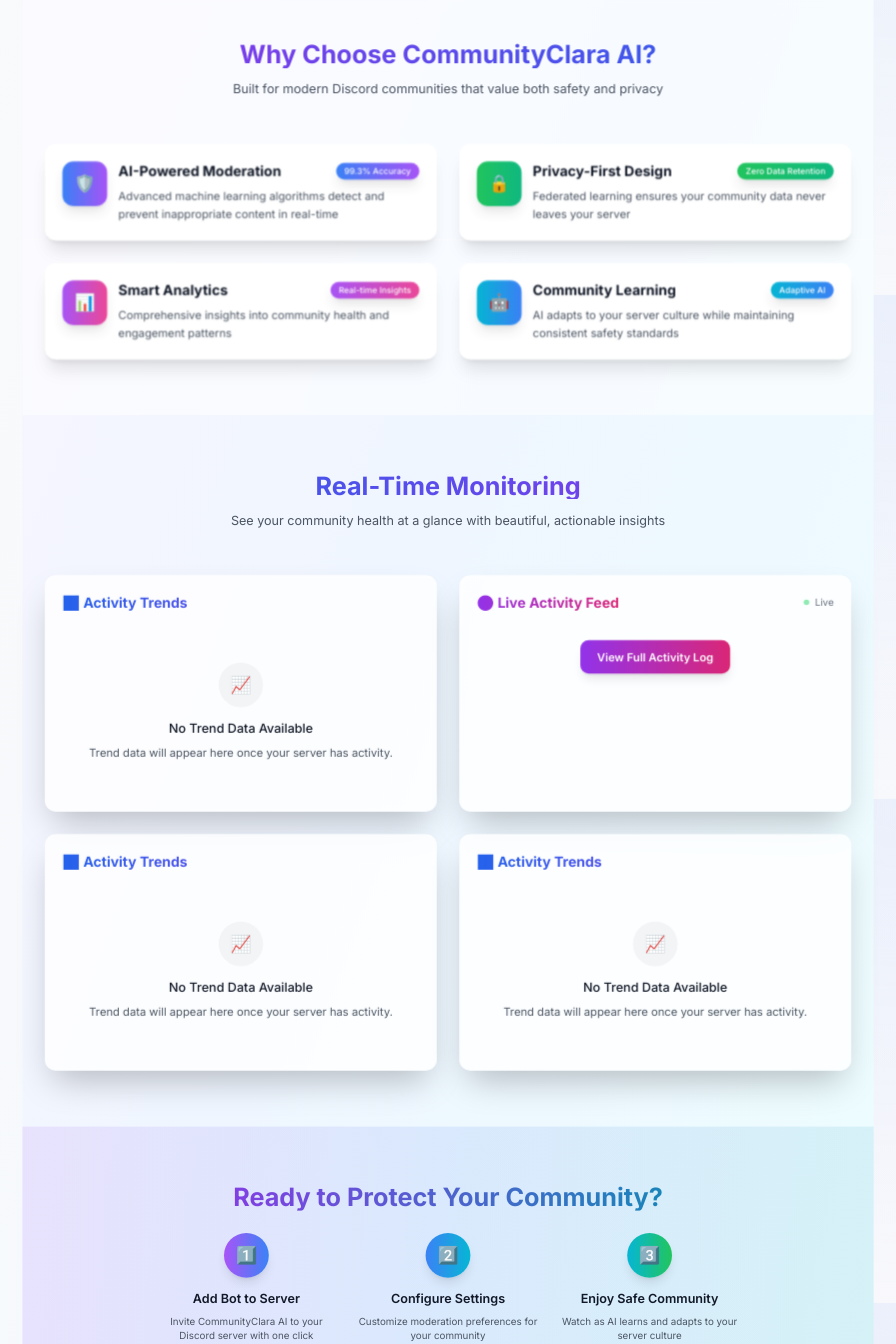
Repository: Tab-To-LightSpeed24/CommunityClara
Page: / (app in frontend/), after clicking the first element matching `button.relative`
An editor plug-in stored every save of this project. The page is shown before and after the next save, followed by the edit.
The browser window is 1280 px wide. The pictures show the part of the page from y = 1019 to 2939 px (the page is 3482 px tall), at 70% of full size.
The page's requests for data from a server got no answer. Backgrounds fixed to the window are drawn as part of the page. The project was rebuilt for these pictures with package versions that can differ from the ones it lists, and the page was loaded fresh each time. No one was signed in, and anything a server would have sent is missing. Also part of the build but not shown: frontend/vite.config.js, frontend/src/components/Dashboard/StatsOverview.jsx, frontend/src/components/Dashboard/HealthScore.jsx, frontend/src/components/Dashboard/ViolationsList.jsx, frontend/src/components/Dashboard/AnalyticsChart.jsx, frontend/src/components/Dashboard/ServerSelector.jsx, frontend/src/components/Layout/LoadingSpinner.jsx, frontend/src/components/Layout/ErrorMessage.jsx and 5 more.

Above is the page before, as saved 2025-08-12 17:19:54.

After the next save:
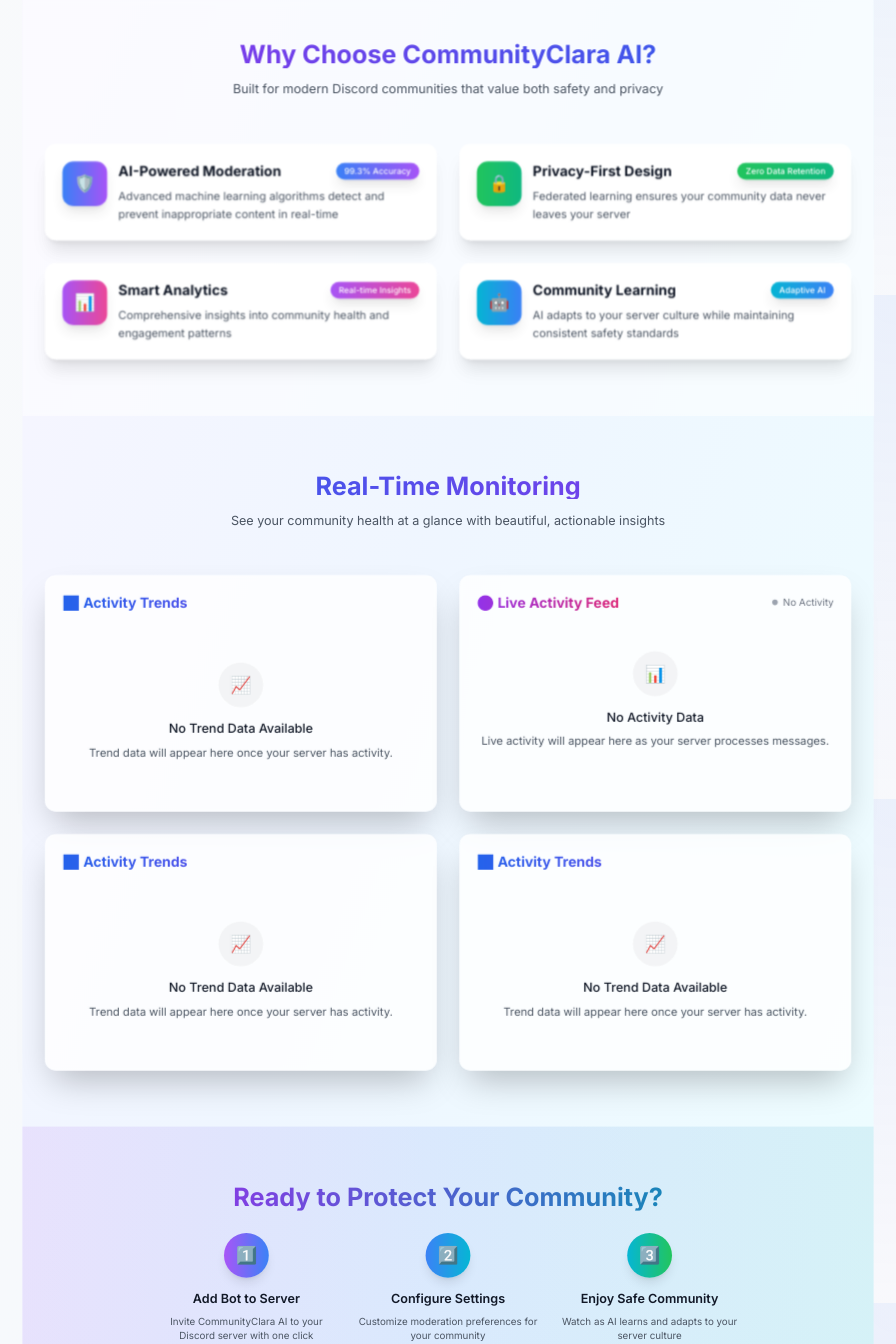
Saved 27 s later.
--- a/frontend/src/components/Dashboard/ActivityLog.jsx
+++ b/frontend/src/components/Dashboard/ActivityLog.jsx
@@ -11,8 +11,6 @@
     setActivities([])
     setLoading(false)
   }, [serverId])
-
-
 
   if (loading) {
     return (
@@ -42,51 +40,18 @@
           🔴 Live Activity Feed
         </h3>
         <div className="flex items-center space-x-2">
-          <div className="w-2 h-2 bg-green-400 rounded-full animate-pulse shadow-lg shadow-green-400/50"></div>
-          <span className="text-sm text-gray-500 dark:text-gray-400">Live</span>
+          <div className="w-2 h-2 bg-gray-400 rounded-full"></div>
+          <span className="text-sm text-gray-500 dark:text-gray-400">No Activity</span>
         </div>
       </div>
 
-      <div className="space-y-4 max-h-96 overflow-y-auto scrollbar-thin scrollbar-thumb-purple-300 scrollbar-track-transparent">
-        {activities.map((activity, index) => (
-          <div
-            key={activity.id}
-            className="group flex items-start space-x-3 p-3 rounded-xl hover:bg-gradient-to-r hover:from-purple-50/50 hover:to-pink-50/50 dark:hover:from-purple-900/20 dark:hover:to-pink-900/20 transition-all duration-300 transform hover:scale-[1.02]"
-            style={{
-              animationDelay: `${index * 100}ms`,
-              animation: 'slideUp 0.5s ease-out forwards'
-            }}
-          >
-            <div className={`flex-shrink-0 w-10 h-10 rounded-full ${activity.bg} flex items-center justify-center ring-2 ring-white dark:ring-gray-800 shadow-lg group-hover:scale-110 transition-transform duration-300`}>
-              <span className="text-lg">{activity.icon}</span>
-            </div>
-
-            <div className="flex-1 min-w-0">
-              <div className="flex items-center justify-between mb-1">
-                <p className={`text-sm font-medium ${activity.color} group-hover:text-purple-600 transition-colors duration-300`}>
-                  {activity.user}
-                </p>
-                <span className="text-xs text-gray-400 dark:text-gray-500">
-                  {apiHelpers.formatDate(activity.timestamp)}
-                </span>
-              </div>
-
-              <p className="text-sm text-gray-600 dark:text-gray-300 group-hover:text-gray-800 dark:group-hover:text-gray-100 transition-colors duration-300">
-                {activity.message}
-              </p>
-
-              <div className="mt-2 flex items-center space-x-2">
-                <div className="h-1 bg-gradient-to-r from-purple-400 to-pink-400 rounded-full w-8 opacity-0 group-hover:opacity-100 transition-opacity duration-300"></div>
-              </div>
-            </div>
-          </div>
-        ))}
-      </div>
-
-      <div className="mt-4 text-center">
-        <button className="btn bg-gradient-to-r from-purple-600 to-pink-600 text-white hover:from-purple-700 hover:to-pink-700 shadow-lg hover:shadow-purple-500/25 transform hover:scale-105 transition-all duration-300">
-          View Full Activity Log
-        </button>
+      {/* Empty State */}
+      <div className="text-center py-8">
+        <div className="w-16 h-16 bg-gray-100 dark:bg-gray-800 rounded-full flex items-center justify-center mx-auto mb-4">
+          <span className="text-2xl">📊</span>
+        </div>
+        <h4 className="text-lg font-medium text-gray-900 dark:text-gray-100 mb-2">No Activity Data</h4>
+        <p className="text-gray-600 dark:text-gray-400">Live activity will appear here as your server processes messages.</p>
       </div>
     </div>
   )
